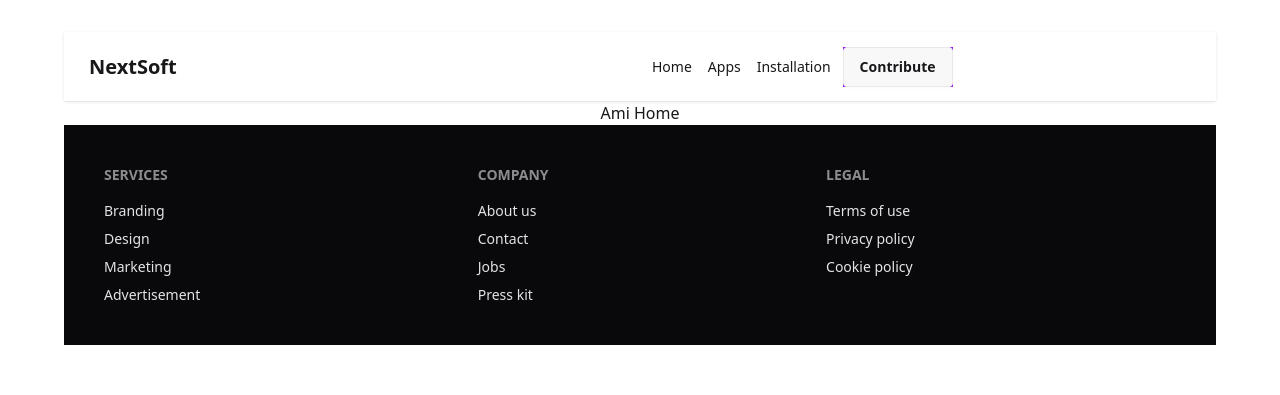
Repository: chayanatik1994/NextSoft
Page: /
The author's editor kept a copy of each file at every save. The page is drawn from the files as they stood at one save, then again after a run of saves.
The browser window is 1280 px wide. The pictures show the whole page.
The project was rebuilt for these pictures with package versions that can differ from the ones it lists, and the page was loaded fresh each time. Also part of the build but not shown: vite.config.js, src/App.jsx, src/Pages/ErrorPage/ErrorPage.jsx.

Above is the page before, as saved 2025-10-11 03:30:03.

### index.html
<!doctype html>
<html lang="en">
  <head>
    <meta charset="UTF-8" />
    <link rel="icon" type="image/svg+xml" href="/vite.svg" />
    <meta name="viewport" content="width=device-width, initial-scale=1.0" />
    <title>nextsoft</title>
  </head>
  <body>
    <div id="root"></div>
    <script type="module" src="/src/main.jsx"></script>
  </body>
</html>

### src/main.jsx
import { StrictMode } from 'react'
import { createRoot } from 'react-dom/client'
import './index.css'
import App from './App.jsx'
import { router } from './Routes/Routes.jsx'
import { RouterProvider } from 'react-router';

createRoot(document.getElementById('root')).render(
  <StrictMode>
    <RouterProvider router={router} />
  </StrictMode>
)

### src/Routes/Routes.jsx
import React from 'react';
import {
  createBrowserRouter,
} from 'react-router';
import Root from '../Pages/Root/Root';
import ErrorPage from '../Pages/ErrorPage/ErrorPage';
import Home from '../Pages/Home/Home';

export const router = createBrowserRouter([
  {
    path: "/",
    Component: Root,
    errorElement: <ErrorPage/>,
    children :[
        {
            index :true,
            path : "/",
            Component :Home
        }
    ]

  },
]);

### src/Pages/Root/Root.jsx
import React from 'react';
import Navbar from '../../Components/Header/Footer/Navbar';
import { Outlet } from 'react-router';
import Footer from '../../Components/Header/Footer/Footer';

const Root = () => {
    return (
        <div className='max-w-6xl mx-auto'>
            <Navbar/>
            <Outlet/>
            <Footer/>
        </div>
    );
};

export default Root;

### src/Pages/Home/Home.jsx
import React from 'react';

const Home = () => {
    return (
        <div>
            <h1>Ami Home</h1>
        </div>
    );
};

export default Home;

### src/Components/Header/Footer/Navbar.jsx
import React from 'react';

const Navbar = () => {
    const links = <>
    <li className='m-2'>Home</li>
    <li className='m-2'>Apps</li>
    <li className='m-2'>Installation</li>
    </>
    return (
      <div className="navbar bg-base-100 shadow-sm">
  <div className="navbar-start">
    <div className="dropdown">
      <div tabIndex={0} role="button" className="btn btn-ghost lg:hidden">
        <svg xmlns="http://www.w3.org/2000/svg" className="h-5 w-5" fill="none" viewBox="0 0 24 24" stroke="currentColor"> <path strokeLinecap="round" strokeLinejoin="round" strokeWidth="2" d="M4 6h16M4 12h8m-8 6h16" /> </svg>
      </div>
      <ul
        tabIndex={0}
        className="menu menu-sm dropdown-content bg-base-100 rounded-box z-1 mt-3 w-52 p-2 shadow">
        {links}
      </ul>
    </div>
    <a className="btn btn-ghost text-xl">NextSoft</a>
  </div>
  <div className="navbar-center hidden lg:flex">
    <ul className="menu menu-horizontal px-1">
     {links}
    </ul>
  </div>
  <div className="navbar- bg-purple-600 font-black">
    <a className="btn">Contribute</a>
  </div>
</div>
    );
};

export default Navbar;

### src/Components/Header/Footer/Footer.jsx
import React from 'react';

const Footer = () => {
    return (
        <footer className="footer sm:footer-horizontal bg-neutral text-neutral-content p-10">
  <nav>
    <h6 className="footer-title">Services</h6>
    <a className="link link-hover">Branding</a>
    <a className="link link-hover">Design</a>
    <a className="link link-hover">Marketing</a>
    <a className="link link-hover">Advertisement</a>
  </nav>
  <nav>
    <h6 className="footer-title">Company</h6>
    <a className="link link-hover">About us</a>
    <a className="link link-hover">Contact</a>
    <a className="link link-hover">Jobs</a>
    <a className="link link-hover">Press kit</a>
  </nav>
  <nav>
    <h6 className="footer-title">Legal</h6>
    <a className="link link-hover">Terms of use</a>
    <a className="link link-hover">Privacy policy</a>
    <a className="link link-hover">Cookie policy</a>
  </nav>
</footer>
    );
};

export default Footer;

Loaded but not shown: src/index.css (common file); src/App.css (common file)

After the next 2 saves:
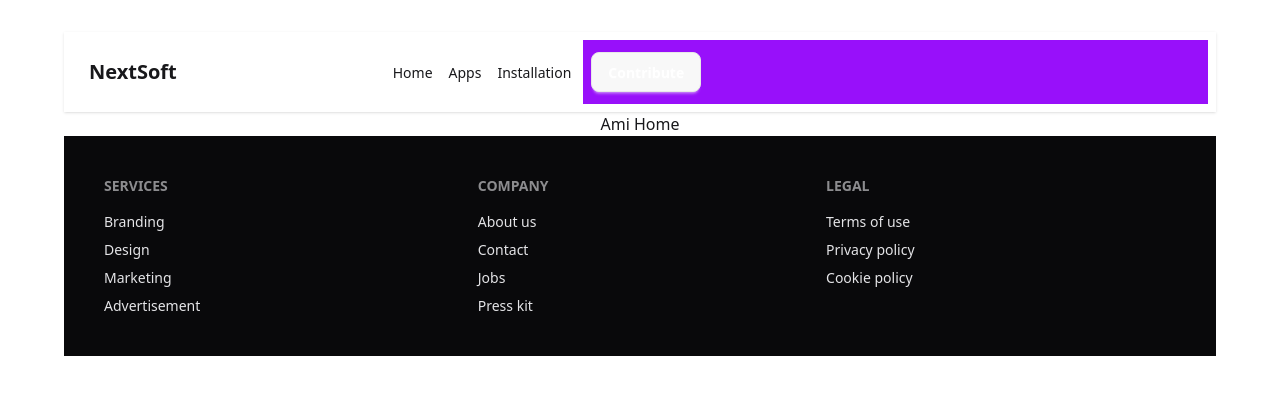
The 2 saves are shown as one change because they came seconds apart.
The last was saved 47 s later.
--- a/src/Components/Header/Footer/Navbar.jsx
+++ b/src/Components/Header/Footer/Navbar.jsx
@@ -26,9 +26,9 @@
      {links}
     </ul>
   </div>
-  <div className="navbar- bg-purple-600 font-black">
-    <a className="btn">Contribute</a>
-  </div>
+   <div className="navbar bg-purple-600 font-black">
+  <a href="https://github.com/chayanatik1994/NextSoft" className="btn text-white px-4 py-2 rounded-lg hover:bg-purple-700 transition-colors">Contribute</a>
+</div>
 </div>
     );
 };
